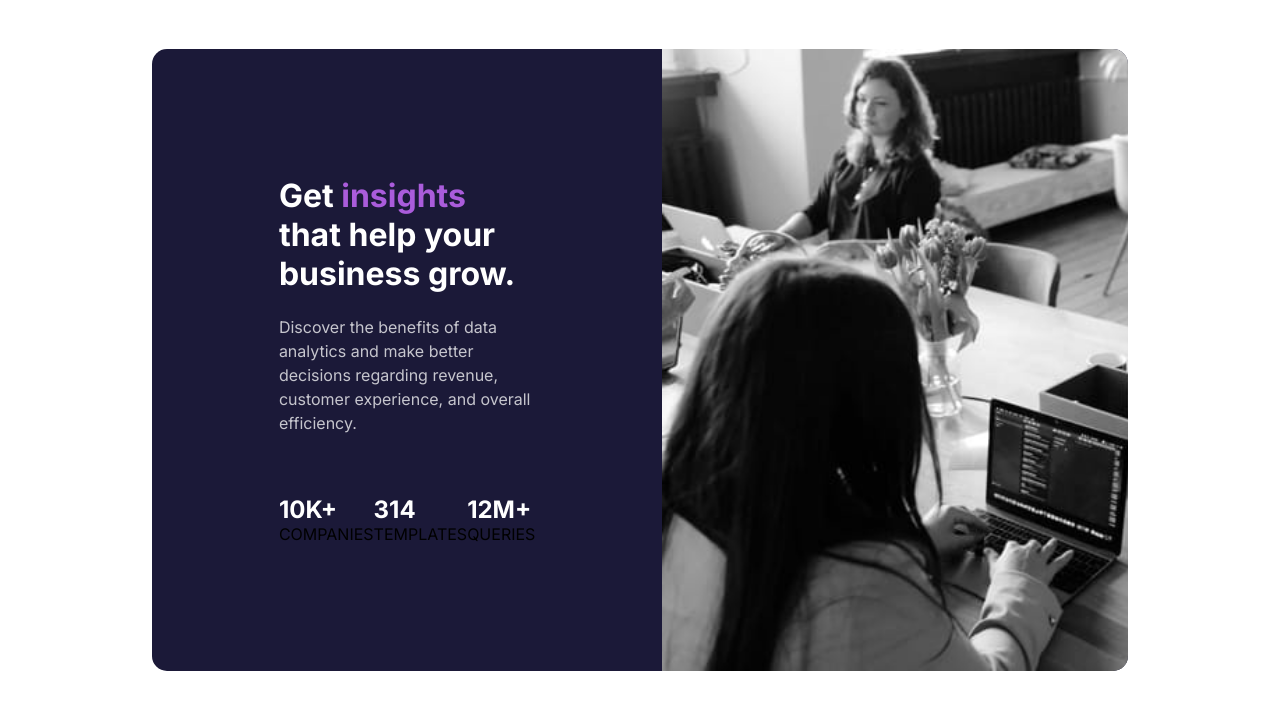
Repository: keisewarsame/stats-preview-frontendmentor
Page: index.html
An editor plug-in stored every save of this project. The page is shown before and after the next save, followed by the edit.
The browser window is 1280 px wide. The pictures show the whole page.

Above is the page before, as saved 2022-07-12 13:05:23.

After the next save:
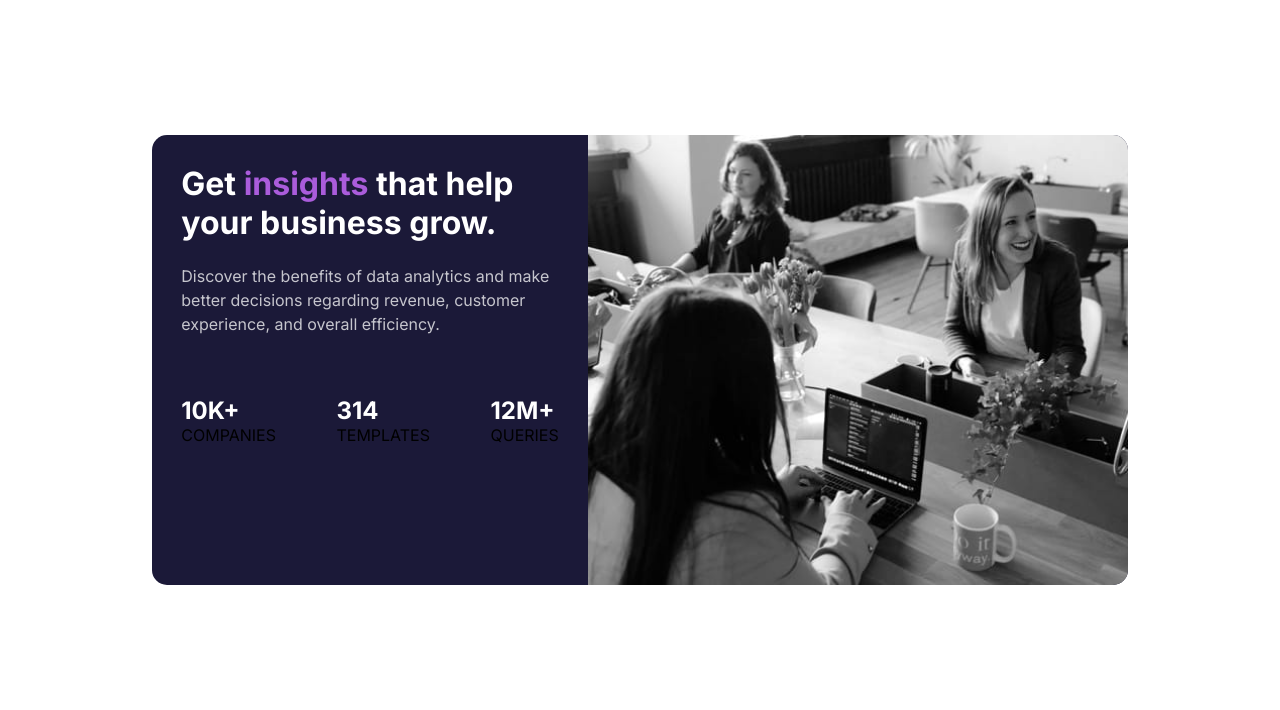
Saved 6 s later.
--- a/styles.css
+++ b/styles.css
@@ -25,7 +25,7 @@
 }
 
 .text-component {
-    padding: 13%;
+    padding: 3%;
     font-family: 'Inter', sans-serif;
 }
 
